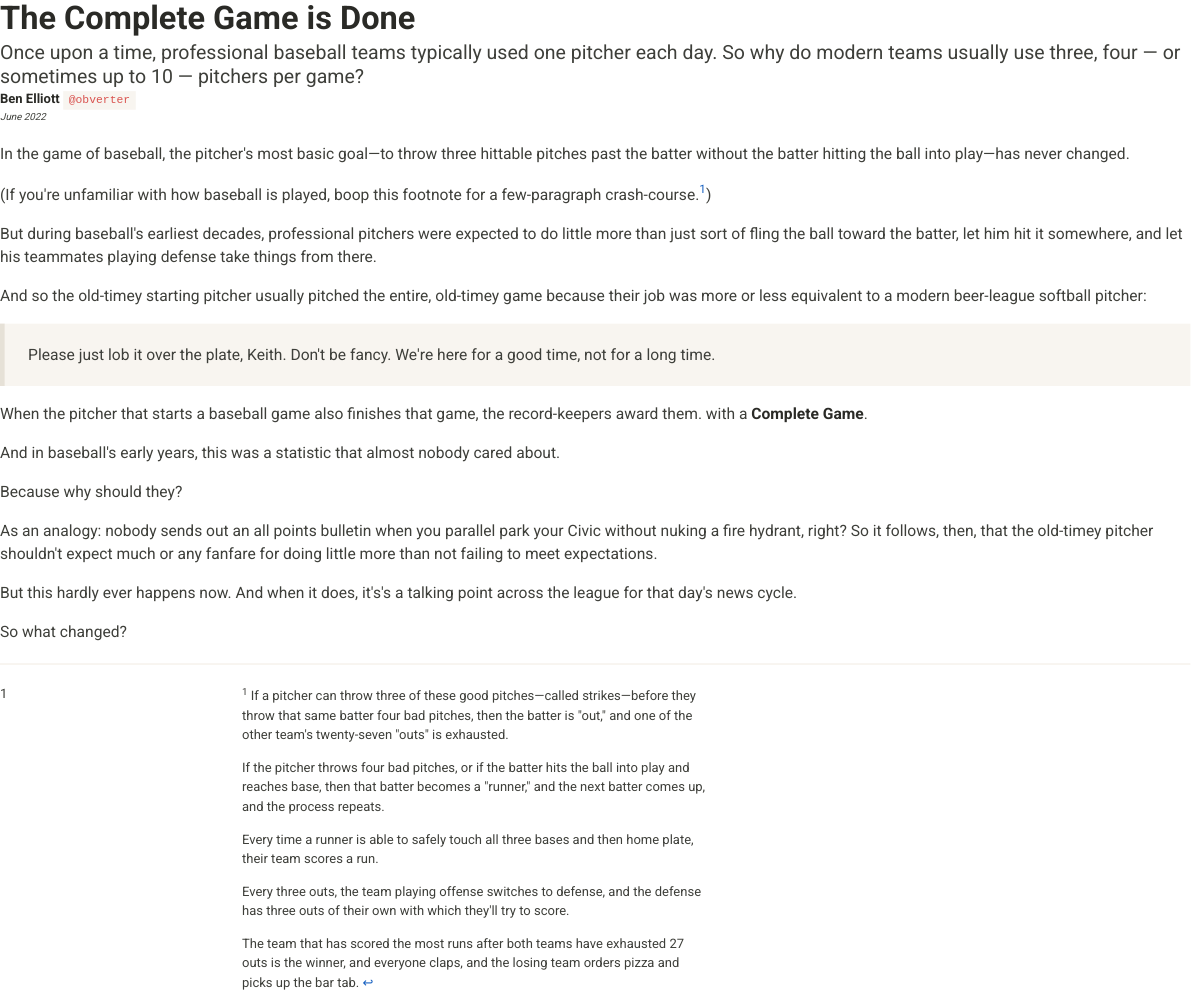
Repository: obverter/complete-games-are-done
Page: index.html
The author's editor kept a copy of each file at every save. The page is drawn from the files as they stood at one save, then again after the next save.
The browser window is 1280 px wide. The page is 1291 px wide, so the pictures cover 1291 px, including what lies to the right of the window. The pictures show the whole page, at 93% of full size.

Above is the page before, as saved 2022-06-25 08:02:17.

### index.html
<!DOCTYPE html>
<html>
    <head>
        <meta charset="utf-8" />
        <meta name="viewport" content="width=device-width, initial-scale=1" />
        <title>Complete Games Are Done</title>
        <!-- todo: Title above is the text in the browser tab. -->
        <link rel="stylesheet" href="docs/bulmaswap.min.css" />
    </head>

    <body>
        <h1 class="title is-2">The Complete Game is Done</h1>
        <!-- todo: Title above is the Content title. -->
        <p class="subtitle is-4">
            Once upon a time, professional baseball teams typically used one
            pitcher each day. So why do modern teams usually use three, four —
            or sometimes up to 10 — pitchers per game?
            <!-- todo: Subtitle above is the Content subtitle. -->
        </p>

        <h6 class="title is-6">Ben Elliott <code>@obverter</code></h6>
        <h6 class="subtitle is-7"><em>June 2022</em></h6>
        <div class="content">
            <p>
                In the game of baseball, the pitcher's most basic goal—to throw
                three hittable pitches past the batter without the batter
                hitting the ball into play—has never changed.
            </p>
            <p>
                (If you're unfamiliar with how baseball is played, boop this
                footnote for a few-paragraph crash-course.<sup
                    ><a href="#fn1" id="ref1">1</a></sup
                >)
            </p>
            <p>
                But during baseball's earliest decades, professional pitchers
                were expected to do little more than just sort of fling the ball
                toward the batter, let him hit it somewhere, and let his
                teammates playing defense take things from there.
            </p>
            <p>
                And so the old-timey starting pitcher usually pitched the
                entire, old-timey game because their job was more or less
                equivalent to a modern beer-league softball pitcher:
            </p>
            <blockquote>
                Please just lob it over the plate, Keith. Don't be fancy. We're
                here for a good time, not for a long time.
            </blockquote>
            <p>
                When the pitcher that starts a baseball game also finishes that
                game, the record-keepers award them. with a
                <strong>Complete Game</strong>.
            </p>
            <p>
                And in baseball's early years, this was a statistic that almost
                nobody cared about.
            </p>
            <p>Because why should they?</p>
            <p>
                As an analogy: nobody sends out an all points bulletin when you
                parallel park your Civic without nuking a fire hydrant, right?
                So it follows, then, that the old-timey pitcher shouldn't expect
                much or any fanfare for doing little more than not failing to
                meet expectations.
            </p>
            <p>
                But this hardly ever happens now. And when it does, it's's a
                talking point across the league for that day's news cycle.
            </p>
            <p>So what changed?</p>
            <hr />
            <!-- todo: FOOTNOTES -->

            <div class="columns is-size-6 is-justify-content-right">
                <div class="column is-one-fifth">1</div>
                <!-- todo: ↘ FOOTNOTES GO HERE ↙ -->
                <div class="column is-two-fifths">
                    <p>
                        <sup>1</sup> If a pitcher can throw three of these good
                        pitches—called strikes—before they throw that same
                        batter four bad pitches, then the batter is "out," and
                        one of the other team's twenty-seven "outs" is
                        exhausted.
                    </p>
                    <p>
                        If the pitcher throws four bad pitches, or if the batter
                        hits the ball into play and reaches base, then that
                        batter becomes a "runner," and the next batter comes up,
                        and the process repeats.
                    </p>
                    <p>
                        Every time a runner is able to safely touch all three
                        bases and then home plate, their team scores a run.
                    </p>
                    <p>
                        Every three outs, the team playing offense switches to
                        defense, and the defense has three outs of their own
                        with which they'll try to score.
                    </p>
                    <p>
                        The team that has scored the most runs after both teams
                        have exhausted 27 outs is the winner, and everyone
                        claps, and the losing team orders pizza and picks up the
                        bar tab.
                        <a
                            href="#ref1"
                            title="Jump back to footnote 1 in the text."
                            >↩</a
                        >
                    </p>
                </div>
            </div>

            <!-- <div class="column">3</div>
            <div class="column">4</div>
            <div class="column">5</div> -->
        </div>
    </body>
</html>

Loaded but not shown: docs/bulmaswap.min.css (library)

After the next save:
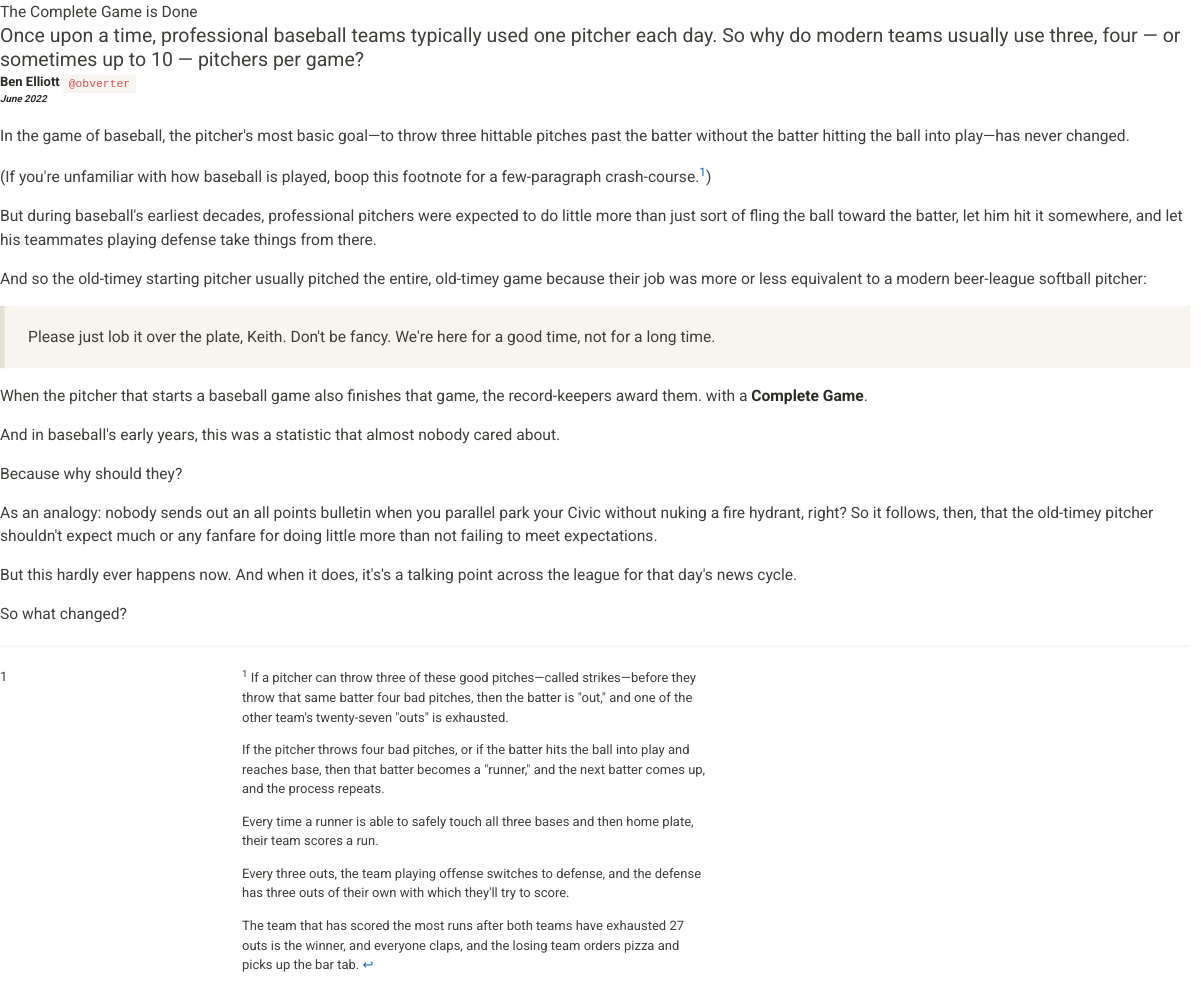
Saved 38 s later.
--- a/index.html
+++ b/index.html
@@ -9,6 +9,7 @@
     </head>
 
     <body>
+        <div class="content"
         <h1 class="title is-2">The Complete Game is Done</h1>
         <!-- todo: Title above is the Content title. -->
         <p class="subtitle is-4">
